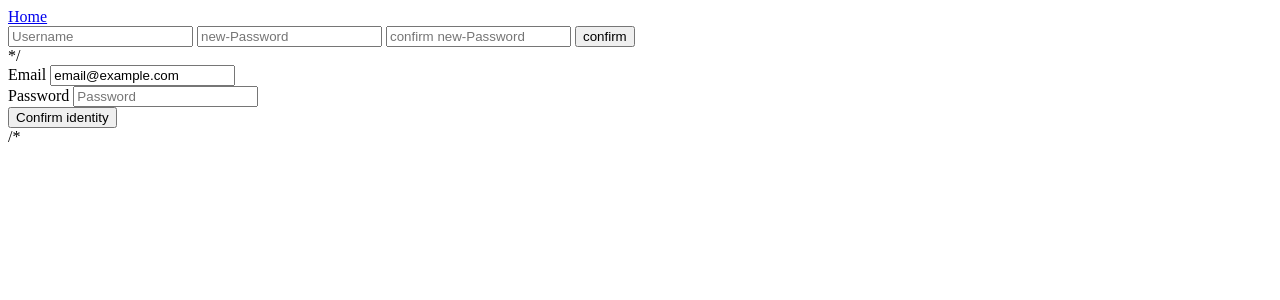
Repository: YagahAi/MARCATIR
Page: forgottenpass.html
These files come from the project's save history. The page is drawn as it stood at one moment and after the next save; the edit follows.
The browser window is 1280 px wide. The pictures show the whole page.

Above is the page before, as saved 2023-09-27 11:26:34.

### forgottenpass.html
<!DOCTYPE html>
<html lang="en">
<head>
    <meta charset="UTF-8">
    <meta name="viewport" content="width=device-width, initial-scale=1.0">
    <title>Document</title>
</head>
<a href="/index.html" class="container .hm">Home</a>
    <body class="container .fp">
        <form>
        <input type="text" id= "username"placeholder="Username"/>
        <input type=" new-Password" id="new-Password" placeholder="new-Password" />
        <input type="confirm new-password" id="confirm new-Password" placeholder="confirm new-Password" />
        <button type="submit" onclick="confirm()">confirm</button>
        </form>

        */<form class="row g-3">
            <div class="col-auto">
              <label for="staticEmail2" class="visually-hidden">Email</label>
              <input type="text" readonly class="form-control-plaintext" id="staticEmail2" value="email@example.com">
            </div>
            <div class="col-auto">
              <label for="inputPassword2" class="visually-hidden">Password</label>
              <input type="password" class="form-control" id="inputPassword2" placeholder="Password">
            </div>
            <div class="col-auto">
              <button type="submit" class="btn btn-primary mb-3">Confirm identity</button>
            </div>
          </form>/*

</body>
</html>

After the next save:
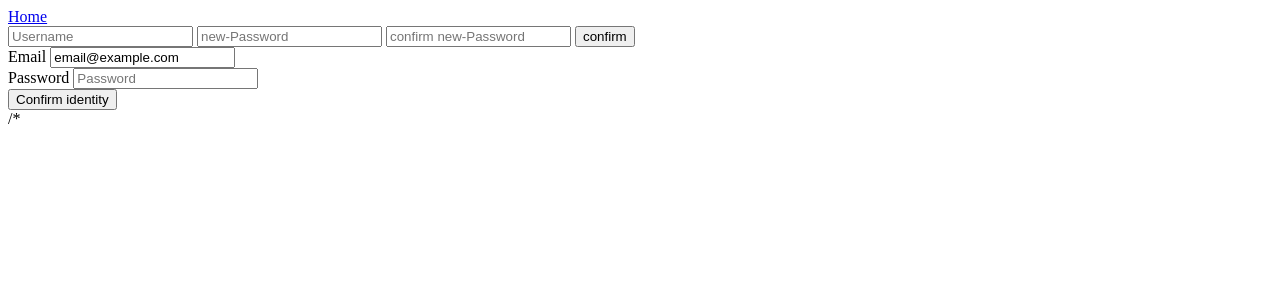
Saved 9 s later.
--- a/forgottenpass.html
+++ b/forgottenpass.html
@@ -14,7 +14,7 @@
         <button type="submit" onclick="confirm()">confirm</button>
         </form>
 
-        */<form class="row g-3">
+        <form class="row g-3">
             <div class="col-auto">
               <label for="staticEmail2" class="visually-hidden">Email</label>
               <input type="text" readonly class="form-control-plaintext" id="staticEmail2" value="email@example.com">

After the save that followed:
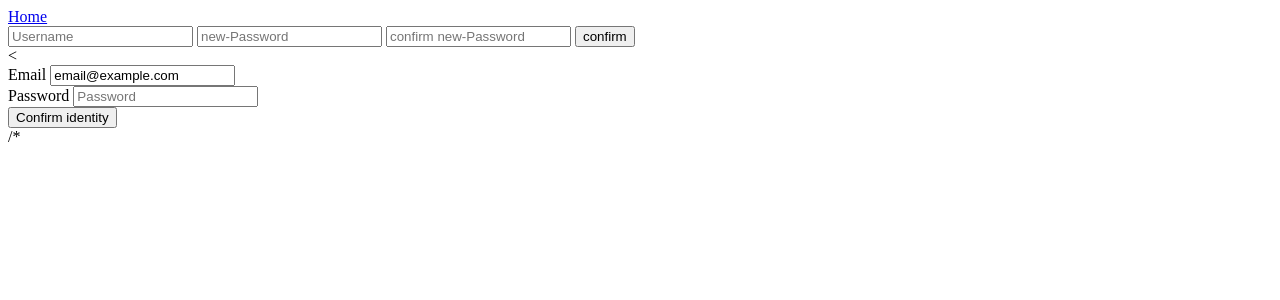
Saved 4 s later.
--- a/forgottenpass.html
+++ b/forgottenpass.html
@@ -14,7 +14,7 @@
         <button type="submit" onclick="confirm()">confirm</button>
         </form>
 
-        <form class="row g-3">
+        <<form class="row g-3">
             <div class="col-auto">
               <label for="staticEmail2" class="visually-hidden">Email</label>
               <input type="text" readonly class="form-control-plaintext" id="staticEmail2" value="email@example.com">
